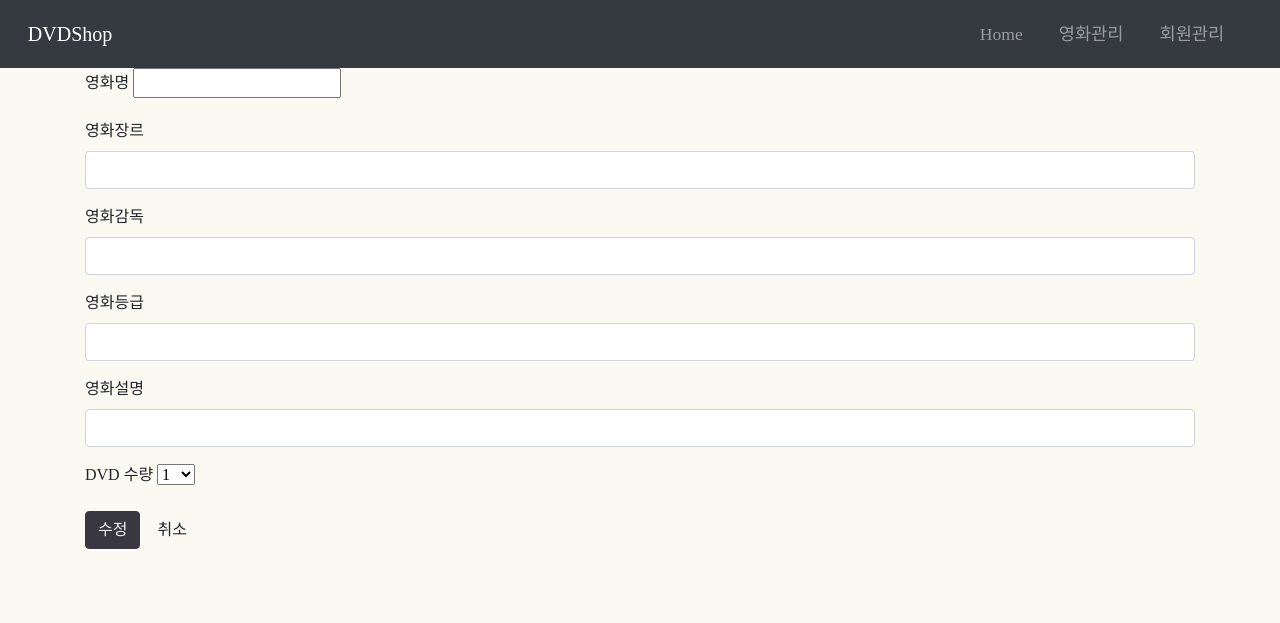
Repository: afterup/dvdshop
Page: http://localhost/shop_project/view/manager/admin_insert.jsp
An editor plug-in stored every save of this project. The page is shown before and after the next save, followed by the edit.
The browser window is 1280 px wide. The pictures show the whole page.
The page is served by Tomcat 9. Other server files are loaded and not shown.

Above is the page before, as saved 2019-08-14 10:37:16.

### shop_project/WebContent/view/manager/admin_insert.jsp
<%@ page language="java" contentType="text/html; charset=UTF-8"
	pageEncoding="UTF-8"%>
<%@taglib uri="http://java.sun.com/jsp/jstl/core" prefix="c"%>
<!DOCTYPE html>
<html>

<head>
<meta charset="UTF-8">
<meta name="viewport" content="width=device-width, initial-scale=1.0">
<meta http-equiv="X-UA-Compatible" content="ie=edge">
<title>Document</title>
<link rel="stylesheet"
	href="https://stackpath.bootstrapcdn.com/bootstrap/4.3.1/css/bootstrap.min.css"
	integrity="sha384-ggOyR0iXCbMQv3Xipma34MD+dH/1fQ784/j6cY/iJTQUOhcWr7x9JvoRxT2MZw1T"
	crossorigin="anonymous">
<link rel="stylesheet" href="./css/style.css">
<link rel="stylesheet"
	href="https://maxcdn.bootstrapcdn.com/font-awesome/4.7.0/css/font-awesome.min.css">
</head>

<body id="adminPage">

	<!-- Navigation -->
	<%@ include file="/view/manager/adminHeader.jsp" %>

	<!--  UPDATE -->
	<div class="container">

		<form action="admin?action=insertAction" method="POST" name="frm">
			<div class="form-group">
				<label for="movienm">영화명</label>
					<input type="text" name="movienm">
			</div>
			<div class="form-group">
				<label for="genrenm">영화장르</label> <input type="text"
					 class="form-control" name="genrenm">
			</div>
			<div class="form-group">
				<label for="supervison">영화감독</label> <input type="text"
					 class="form-control" name="supervison">
			</div>
			<div class="form-group">
				<label for="watchgradenm">영화등급</label> <input type="text"
					class="form-control"
					name="watchgradenm">
			</div>
			<div class="form-group">
				<label for="moviedesc">영화설명</label> <input type="text"
					class="form-control" name="moviedesc">
			</div>
			<div class="form-group">
				<label for="dvdamount">DVD 수량</label> <select name="dvdamount">
					<c:forEach begin="1" end="20" var="i">
						<option>${i}</option>
					</c:forEach>
				</select>
			</div>
			<button type="button" onclick="validateCheck()" class="btn btn-info">수정</button>
			<button type="button" onclick="history.back()" class="btn">취소</button>
		</form>
	</div>

	<script src="./js/movieCheck.js"></script>

	<script src="https://code.jquery.com/jquery-3.3.1.slim.min.js"
		integrity="sha384-q8i/X+965DzO0rT7abK41JStQIAqVgRVzpbzo5smXKp4YfRvH+8abtTE1Pi6jizo"
		crossorigin="anonymous">

	</script>
	<script
		src="https://cdnjs.cloudflare.com/ajax/libs/popper.js/1.14.7/umd/popper.min.js"
		integrity="sha384-UO2eT0CpHqdSJQ6hJty5KVphtPhzWj9WO1clHTMGa3JDZwrnQq4sF86dIHNDz0W1"
		crossorigin="anonymous">

	</script>
	<script
		src="https://stackpath.bootstrapcdn.com/bootstrap/4.3.1/js/bootstrap.min.js"
		integrity="sha384-JjSmVgyd0p3pXB1rRibZUAYoIIy6OrQ6VrjIEaFf/nJGzIxFDsf4x0xIM+B07jRM"
		crossorigin="anonymous">

	</script>
</body>


</html>

### shop_project/WebContent/view/manager/adminHeader.jsp
<%@ page language="java" contentType="text/html; charset=UTF-8"
    pageEncoding="UTF-8"%>
<!DOCTYPE html>
<html>
<head>
<meta charset="UTF-8">
<title>Insert title here</title>
</head>
<body>
	<nav class="navbar navbar-expand-md navbar-dark bg-dark sticky-top">
		<div class="container-fluid">
			<a href="movie" class="navbar-brand">DVDShop</a>
			<button class="navbar-toggler" type="button" data-toggle="collapse"
				data-target="#navbarResponsive">
				<span class="navbar-toggler-icon"></span>
			</button>
			<div class="collapse navbar-collapse" id="navbarResponsive">
				<ul class="navbar-nav ml-auto">
					<li class="nav-item"><a class="nav-link" href="movie">Home</a></li>
					<li class="nav-item"><a class="nav-link" href="admin">영화관리</a></li>
					<li class="nav-item"><a class="nav-link"
						href="admin?action=user">회원관리</a></li>
				</ul>
			</div>
		</div>
	</nav>


</body>
</html>

### shop_project/WebContent/css/style.css
html,
body {
    height: 100%;
    width: 100%;
    font-family: "sans-serif";
}

img {
    width: 100%;
}

#adminPage {
    background-color: rgb(250, 249, 242);
}

.navbar {
    padding: .8rem;
}

.navbar-nav li {
    padding-right: 20px;
}

.nav-link {
    font-size: 1.1em !important;
}

.carousel-inner img {
    width: 100%;
    height: 100%;
}

.btn-info {
    background-color: rgb(57, 55, 66);
    color: rgb(240, 240, 240);
    border-color: rgb(57, 55, 66);
}

.jumbotron {
    padding: 1rem;
}

.padding {
    padding-bottom: 2rem;
}

footer {
    background-color: #3f3f3f;
    color: #d5d5d5;
    padding: 2rem;
}

hr.light {
    border-top: 1px solid #d5d5d5;
    width: 75%;
}

### shop_project/WebContent/js/movieCheck.js

function validateCheck(){
    	 var f = document.frm;//f== 폼 엘리먼트 객체

    	if(f.movienm.value==""){
        		alert('아이디를 입력해주세요.');
        		f.movienm.focus();
        		return;

    	}else if(f.genrenm.value==""){
    		alert('장르를 입력해주세요.');
    		f.genrenm.focus();
    		return;

    	}else if(f.supervison.value==""){
    		alert('감독명을 입력해주세요.');
    		f.supervison.focus();
    		return;

		}else if(f.watchgradenm.value == ""){
			alert('등급을 입력해주세요.');
			f.watchgradenm.focus();
			return;
		}else if(f.moviedesc.value == ""){
			alert('설명을 입력해주세요.');
			f.moviedesc.focus();
			return;
    	}else{
    		alert('수정 완료');
    		f.submit();
    	}
      }//validateCheck()

After the next save:
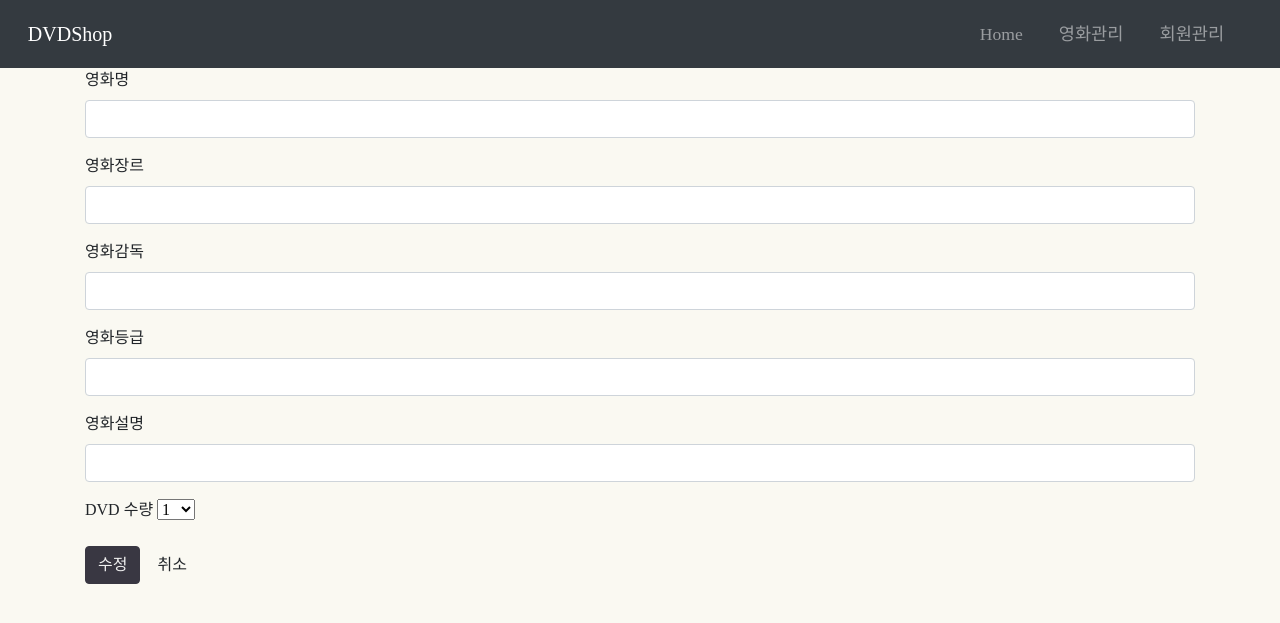
Saved 18 s later.
--- a/shop_project/WebContent/view/manager/admin_insert.jsp
+++ b/shop_project/WebContent/view/manager/admin_insert.jsp
@@ -29,7 +29,7 @@
 		<form action="admin?action=insertAction" method="POST" name="frm">
 			<div class="form-group">
 				<label for="movienm">영화명</label>
-					<input type="text" name="movienm">
+					<input type="text" class="form-control" name="movienm">
 			</div>
 			<div class="form-group">
 				<label for="genrenm">영화장르</label> <input type="text"
